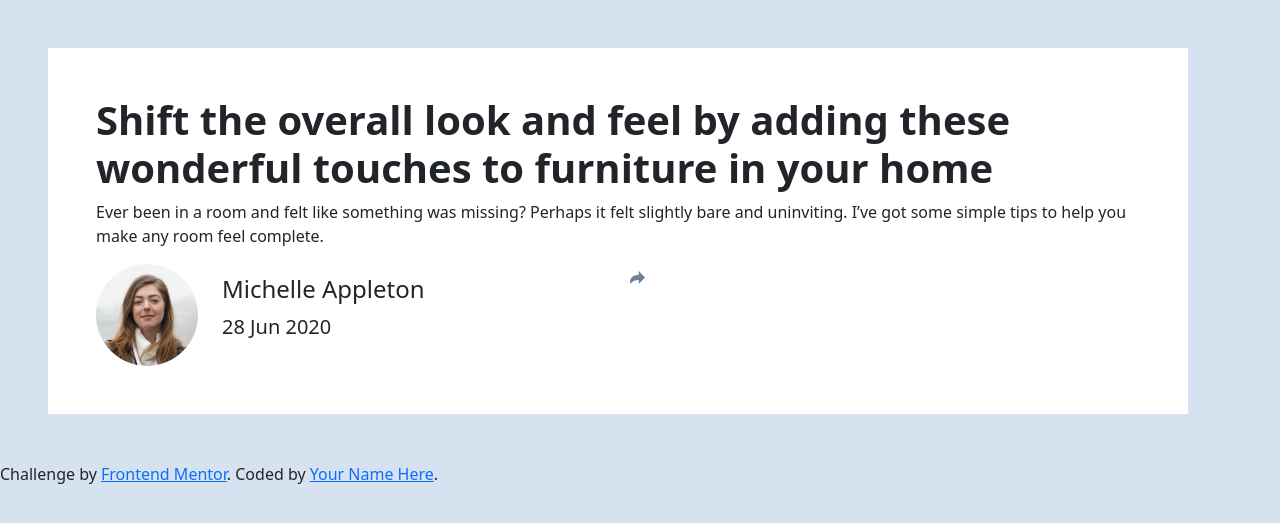
Repository: blordeus/article-preview-component
Page: index.html
An editor plug-in stored every save of this project. The page is shown before and after the next save, followed by the edit.
The browser window is 1280 px wide. The pictures show the whole page.

Above is the page before, as saved 2024-05-17 10:44:13.

### index.html
<!DOCTYPE html>
<html lang="en">
<head>
  <meta charset="UTF-8">
  <meta name="viewport" content="width=device-width, initial-scale=1.0"> <!-- displays site properly based on user's device -->

  <link rel="icon" type="image/png" sizes="32x32" href="./images/favicon-32x32.png">
  <link href="https://cdn.jsdelivr.net/npm/bootstrap@5.3.3/dist/css/bootstrap.min.css" rel="stylesheet" integrity="sha384-QWTKZyjpPEjISv5WaRU9OFeRpok6YctnYmDr5pNlyT2bRjXh0JMhjY6hW+ALEwIH" crossorigin="anonymous">
  <script src defer="https://cdn.jsdelivr.net/npm/bootstrap@5.3.3/dist/js/bootstrap.bundle.min.js" integrity="sha384-YvpcrYf0tY3lHB60NNkmXc5s9fDVZLESaAA55NDzOxhy9GkcIdslK1eN7N6jIeHz" crossorigin="anonymous"></script>
  <link rel="stylesheet" href="style.css">
  <title>Frontend Mentor | Article preview component</title>

</head>
<body>

  <main class="bg-color m-5 p-5 container">

    <section>
      <h1 class="text-color fw-bold">Shift the overall look and feel by adding these wonderful touches to furniture in your home</h1>

      <p>
        Ever been in a room and felt like something was missing? Perhaps
        it felt slightly bare and uninviting. I’ve got some simple tips
        to help you make any room feel complete.
      </p>
      <div class="row">
        <div class="col d-flex">
          <img id="avatar" src="./images/avatar-michelle.jpg" alt="michelle">
            <div class="ms-4 vstack my-auto">
              <p class="fs-4">Michelle Appleton <br> <span class="fs-5">28 Jun 2020</span></p>
            </div>
          </div>
          <div class="col">
            <img id="share" src="./images/icon-share.svg" alt="share">
          </div>
        </div>
      </div>
    </section>

  </main>
  <div class="attribution">
    Challenge by <a href="https://www.frontendmentor.io?ref=challenge" target="_blank">Frontend Mentor</a>.
    Coded by <a href="#">Your Name Here</a>.
  </div>
</body>
</html>

### style.css
/* root */
:root {
    --white: hsl(0, 0%, 100%);
    --light-gray: hsl(212, 45%, 89%);
    --grayish-blue: hsl(220, 15%, 55%);
    --dark-blue: hsl(218, 44%, 22%);
}

body {
    background-color: var(--light-gray);
}

main {
    background-color: var(--white);
}

#avatar {
    /* make round */
    border-radius: 50%;
    /* make image smaller */
    width: 20%;
}

After the next save:
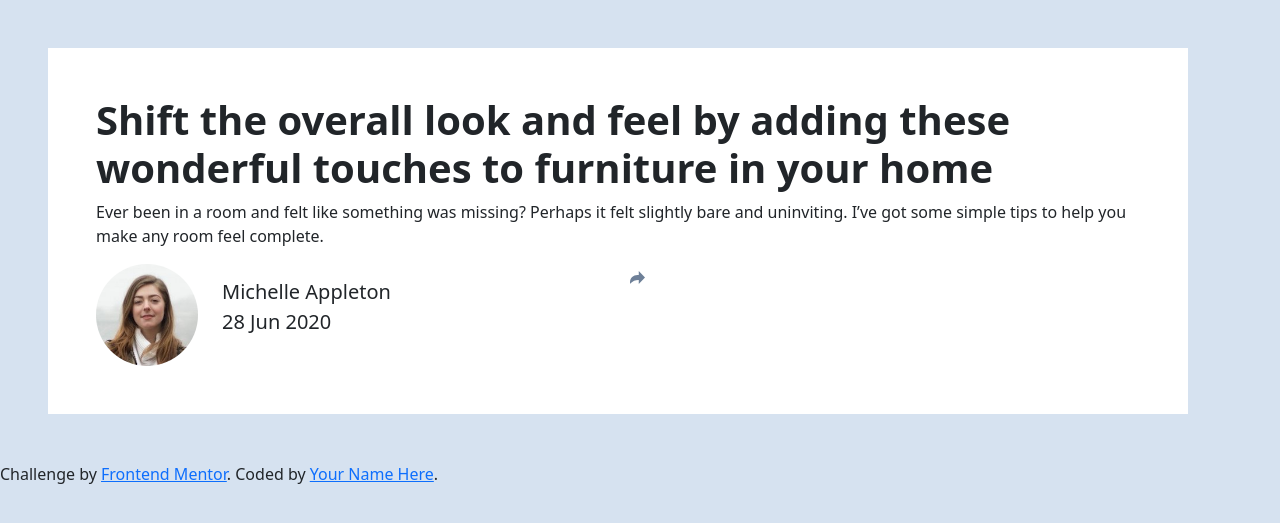
Saved 17 s later.
--- a/index.html
+++ b/index.html
@@ -27,7 +27,7 @@
         <div class="col d-flex">
           <img id="avatar" src="./images/avatar-michelle.jpg" alt="michelle">
             <div class="ms-4 vstack my-auto">
-              <p class="fs-4">Michelle Appleton <br> <span class="fs-5">28 Jun 2020</span></p>
+              <p class="fs-5">Michelle Appleton <br> <span class="fs-5">28 Jun 2020</span></p>
             </div>
           </div>
           <div class="col">
